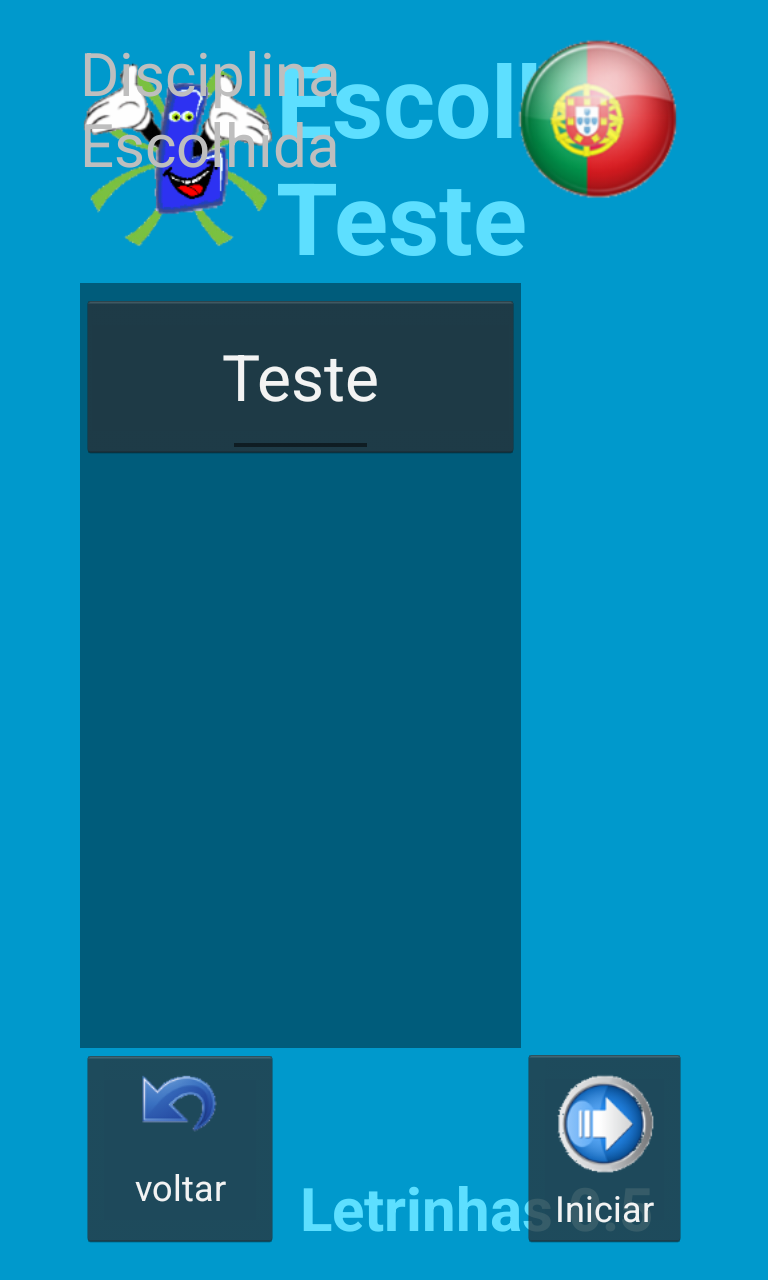
Repository: iptomar/letrinhas_documentacao
Layout: Letrinhas/APP/Prototipos/Letrinhas05/res/layout/escolhe_teste.xml
The author's editor kept a copy of each file at every save. The layout is drawn from the files as they stood at one save, then again after the next save.
It is drawn on a 768 x 1280 px phone screen (xhdpi) without system bars, with theme FullscreenTheme; the app's code is not run.

Above is the layout before, as saved 2014-05-18 22:59:54.

### Letrinhas/APP/Prototipos/Letrinhas05/res/layout/escolhe_teste.xml
<RelativeLayout xmlns:android="http://schemas.android.com/apk/res/android"
    xmlns:tools="http://schemas.android.com/tools"
    android:id="@+id/escTeste"
    android:layout_width="match_parent"
    android:layout_height="match_parent"
    android:background="#0099cc"
    android:configChanges="orientation|keyboardHidden|screenSize"
    android:gravity="center_horizontal"
    android:paddingBottom="@dimen/activity_vertical_margin"
    android:paddingLeft="40sp"
    android:paddingRight="40sp"
    android:paddingTop="@dimen/activity_vertical_margin"
    android:screenOrientation="landscape"
    tools:context="com.letrinhas05.EscolheTeste$PlaceholderFragment" >

    <TextView
        android:id="@+id/escTRodape"
        android:layout_width="wrap_content"
        android:layout_height="wrap_content"
        android:layout_alignBottom="@+id/escTVoltar"
        android:layout_toRightOf="@+id/escTVoltar"
        android:layout_marginLeft="10sp"
        android:text="@string/letrinhas"
        android:textColor="#5ddfff"
        android:textSize="30sp"
        android:textStyle="bold" />

    <ScrollView
        android:id="@+id/svEscolher"
        android:layout_width="wrap_content"
        android:layout_height="wrap_content"
        android:layout_above="@+id/escTVoltar"
        android:layout_alignLeft="@+id/escTVoltar"
        android:layout_below="@+id/esTCabecalho"
        android:layout_toLeftOf="@+id/ibComecar"
        android:background="@color/black_overlay" >

        <LinearLayout
            android:id="@+id/llescteste"
            android:layout_width="match_parent"
            android:layout_height="457dp"
            android:orientation="vertical" >

            <ToggleButton
                android:id="@+id/escTtbtn"
                android:layout_width="match_parent"
                android:layout_height="83dp"
                android:layout_marginTop="5sp"
                android:text="@string/teste"
                android:textOff="@string/teste"
                android:textOn="@string/teste"
                android:textSize="32sp"
                android:textStyle="normal" />

        </LinearLayout>
    </ScrollView>

    <TextView
        android:id="@+id/esTCabecalho"
        android:layout_width="wrap_content"
        android:layout_height="wrap_content"
        android:layout_alignParentLeft="true"
        android:layout_alignParentTop="true"
        android:drawableLeft="@drawable/letrinhas"
        android:text="@string/title_activity_escolhe_teste"
        android:textColor="#5ddfff"
        android:textSize="50sp"
        android:textStyle="bold" />

    <Button
        android:id="@+id/escTVoltar"
        android:layout_width="100sp"
        android:layout_height="100sp"
        android:layout_alignParentBottom="true"
        android:layout_alignParentLeft="true"
        android:contentDescription="@string/voltar"
        android:drawableTop="@drawable/voltar"
        android:onClick="voltar"
        android:text="@string/voltar" />

    <Button
        android:id="@+id/ibComecar"
        android:layout_width="wrap_content"
        android:layout_height="wrap_content"
        android:layout_alignParentBottom="true"
        android:layout_alignParentRight="true"
        android:clickable="true"
        android:contentDescription="@string/start"
        android:drawableTop="@drawable/right"
        android:onClick="executarTestes"
        android:text="@string/iniciar" />

    <TextView
        android:id="@+id/escTDisciplina"
        android:layout_width="wrap_content"
        android:layout_height="wrap_content"
        android:layout_alignParentRight="true"
        android:layout_alignParentTop="true"
        android:drawableRight="@drawable/pt"
        android:text="Disciplina Escolhida"
        android:textSize="30sp" />

</RelativeLayout>

### Letrinhas/APP/Prototipos/Letrinhas05/res/values/colors.xml
<?xml version="1.0" encoding="utf-8"?>
<resources>
    	<color name="black_overlay">#66000000</color>
    	<color name="text_color">#66ff00ff</color>
</resources>

### Letrinhas/APP/Prototipos/Letrinhas05/res/values/strings.xml
<?xml version="1.0" encoding="utf-8"?>
<resources>

    <string name="app_name">Letrinhas05</string>
    <string name="entrar">Entrar</string>
    <string name="letrinhas">Letrinhas 0.5 </string>
    <string name="Recording">A gravar</string>
    <string name="start">Começar</string>
    <string name="stop">Parar</string>
    <string name="play">Ouvir</string>
    <string name="title_item_list">Items</string>
    <string name="title_item_detail">Item Detail</string>
    <string name="title_activity_escolhe_teste">Escolher Teste</string>
    <string name="action_settings">Settings</string>
    <string name="sair">sair</string>
    <string name="voltar">voltar</string>
    <string name="teste">Teste</string>
    <string name="title_activity_esc_modo">Escolher Modo do teste</string>
    <string name="escolhe_Modo">Escolher o Modo do teste a realizar</string>
    <string name="porAluno">Por Aluno</string>
    <string name="porProf">Por Professor</string>
    <string name="title_activity_leitura_texto">Leitura de Textos</string>
    <string name="title_activity_leitura_palavras">Leitura de Palavras</string>
    <string name="concetList">ConectList</string>
    <string name="title_activity_texto">Teste de texto</string>
    <string name="title_activity_teste_texto">Teste de texto</string>
    <string name="title_activity_teste__imagem">Teste de imagens</string>
    <string name="title_activity_teste__palavras">Teste de palavras</string>
    <string name="title_activity_teste__poema">Teste de poema</string>
    <string name="login_title">Login Screen</string>
    <string name="username">Username</string>
    <string name="password">Password</string>
    <string name="login">Login</string>
    <string name="title_activity_autenticacao">Autenticacao</string>
    <string name="min"></string>
    <string name="sec"></string>
    <string name="vacilar">Vacilações</string>
    <string name="fragment">Fragmentações</string>
    <string name="silabac">Silabações</string>
    <string name="repeti">Repetições</string>
    <string name="exepriment">experiência</string>
    <string name="menos">menos</string>
    <string name="mais">mais</string>
    <string name="espaco">"                        "</string>
    <string name="numer">20</string>
    <string name="pErrada">P. Erradas:</string>
    <string name="btnback">Voltar</string>
    <string name="title_activity_all__tests">Todos os Testes</string>
    <string name="btnMainAllTest">Todos os Testes</string>
    <string name="btnMainSendResult">Criar e enviar Resultado de Teste</string>
    <string name="btnSendResult">Enviar Resultado</string>
    <string name="title_activity_send__result_test">Enviar Resultado de Teste</string>
    <string name="lb_mainIpServidor">IP do Servidor:</string>
    <string name="mainPorta">Porta:</string>
    <string name="title_activity_receber_imagem">ReceberImagem</string>
    <string name="btnReceberImagem">Ver imagem da BD Profs</string>
    <string name="title_activity_reprod_audio">ReprodAudio</string>
    <string name="title_activity_main_bd">MainBD</string>
    <string name="pontErrada">Pontuação</string>
    <string name="PalavraErrada">Palavra Errada</string>
    <string name="CancelarSeleccao">Cancelar Seleccao</string>
    <string name="title_activity_resultado">Resultado</string>
    <string name="resultado">Resultado do teste</string>
    <string name="avancar">Avançar</string>
    <string name="act_BD">Atualizar a Base de Dados</string>
    <string name="title_activity_escolhe_escola">Escolher Escola</string>
    <string name="escola">escola</string>
    <string name="title_activity_escolhe_disciplina">Escolher disciplina</string>
    <string name="ano">ano</string>
    <string name="title_activity_escolhe_aluno">Escolher Aluno</string>
    <string name="aluno">Aluno</string>
    <string name="title_activity_escolhe_professor">Escolher Professor</string>
    <string name="professor">Professor</string>
    <string name="nomeTeste">Nome do teste</string>
    <string name="tempoLeitura">Tempo de leitura</string>
    <string name="expressividade">Expressividade</string>
    <string name="ritmo">Ritmo</string>
    <string name="nota">Nota</string>
    <string name="perguntaImagem">perguntaImagem</string>
    <string name="title_activity_custom">Custom</string>
    <string name="portugues">Português</string>
    <string name="ingles">Inglês</string>
    <string name="estMeio">Estudo do meio</string>
    <string name="matematica">Matemática</string>
    <string name="escolheDisciplina">Escolhe a disciplina</string>
    <string name="agrupamento">Agrupamento Artur Gonçalves</string>
    <string name="escProfessor">Escolher professor</string>
    <string name="title_activity_escolhe_turma">Escolher Turma</string>
    <string name="hello_world">Hello world!</string>
    <string name="escolherTurma">Escolher Turma</string>
    <string name="escolherAluno">Escolher Aluno</string>
    <string name="escolherModo">Escolher modo</string>
    <string name="realizarTeste">Realizar teste(s)</string>
    <string name="corrigirTeste">Corrigir teste(s)</string>
    <string name="title_activity_escolhe_tipo_teste">Escolher Tipo de Teste</string>
    <string name="escolheTipoTeste">Escolher Tipo de Teste</string>
    <string name="demo">Demo</string>
    <string name="iniciar">Iniciar</string>
    <string name="ExemploTexto">Alfabetização\n
        A alfabetização consiste no aprendizado do alfabeto e de sua utilização como código de comunicação. De um modo mais abrangente, a alfabetização é definida como um processo no qual o indivíduo constrói a gramática e em suas variações. Esse processo não se resume apenas na aquisição dessas habilidades mecânicas (codificação e decodificação) do acto de ler, mas na capacidade de interpretar, compreender, criticar, resignificar e produzir conhecimento.1 Todas essas capacidades citadas anteriormente só serão concretizadas se os alunos tiverem acesso a todos os tipos de portadores de textos. O aluno precisa encontrar os usos sociais da leitura e da escrita.2 A alfabetização envolve também o desenvolvimento de novas formas de compreensão e uso da linguagem de uma maneira geral.\n
        A alfabetização de um indivíduo promove sua socialização, já que possibilita o estabelecimento de novos tipos de trocas simbólicas com outros indivíduos, acesso a bens culturais e a facilidades oferecidas pelas instituições sociais. A alfabetização é um fator propulsor do exercício consciente da cidadania e do desenvolvimento da sociedade como um todo.\n
        A incapacidade de ler e escrever é denominada analfabetismo, enquanto que a incapacidade de interpretar textos simples é chamada analfabetismo funcional ou semianalfabetismo.</string>
    <string name="ExemploPoema">    Ó lua que vais tão alta,\n
Redonda como um tamanco!\n
Ó Maria, traz cá a escada,\n
Que eu não chego lá com um banco.\n
\n
A minha mãe fez um bolo de alfazema.\n
Pedi-lhe uma fatia, e ela deu-ma!\n
\n
Da minha casa à tua\n
vai uma grande distância,\n
Cuidado pelo caminho, \n
não vás escorregar numa casaca de melância!\n
\n
 o meu nome é dionísio\n
pediram-me para fazer um poema, e fízi-o.\n
</string>
    <string name="title_activity_listar_submissoes">Listar Submissoes</string>
    <string name="corrigirSubmisoes">Escolher testes a corrigir</string>

</resources>

Loaded but not shown: Letrinhas/APP/Prototipos/Letrinhas05/res/values-v11/styles.xml (common file); Letrinhas/APP/Prototipos/Letrinhas05/res/values/styles.xml (common file); Letrinhas/APP/Prototipos/Letrinhas05/res/values/dimens.xml (common file)

After the next save:
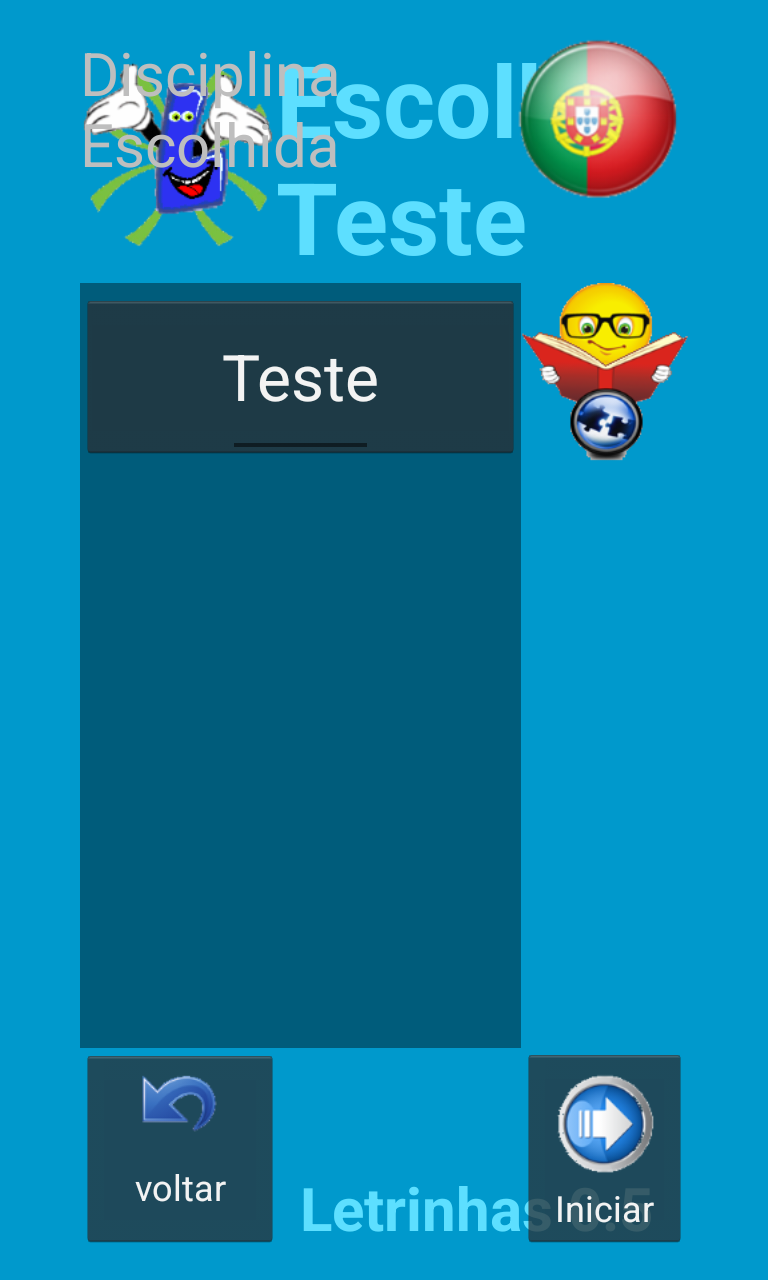
Saved 23 min 8 s later.
--- a/Letrinhas/APP/Prototipos/Letrinhas05/res/layout/escolhe_teste.xml
+++ b/Letrinhas/APP/Prototipos/Letrinhas05/res/layout/escolhe_teste.xml
@@ -100,4 +100,12 @@
         android:text="Disciplina Escolhida"
         android:textSize="30sp" />
 
+    <ImageView
+        android:id="@+id/escTivTipo"
+        android:layout_width="wrap_content"
+        android:layout_height="wrap_content"
+        android:layout_alignRight="@+id/escTDisciplina"
+        android:layout_alignTop="@+id/svEscolher"
+        android:src="@drawable/textos" />
+
 </RelativeLayout>
